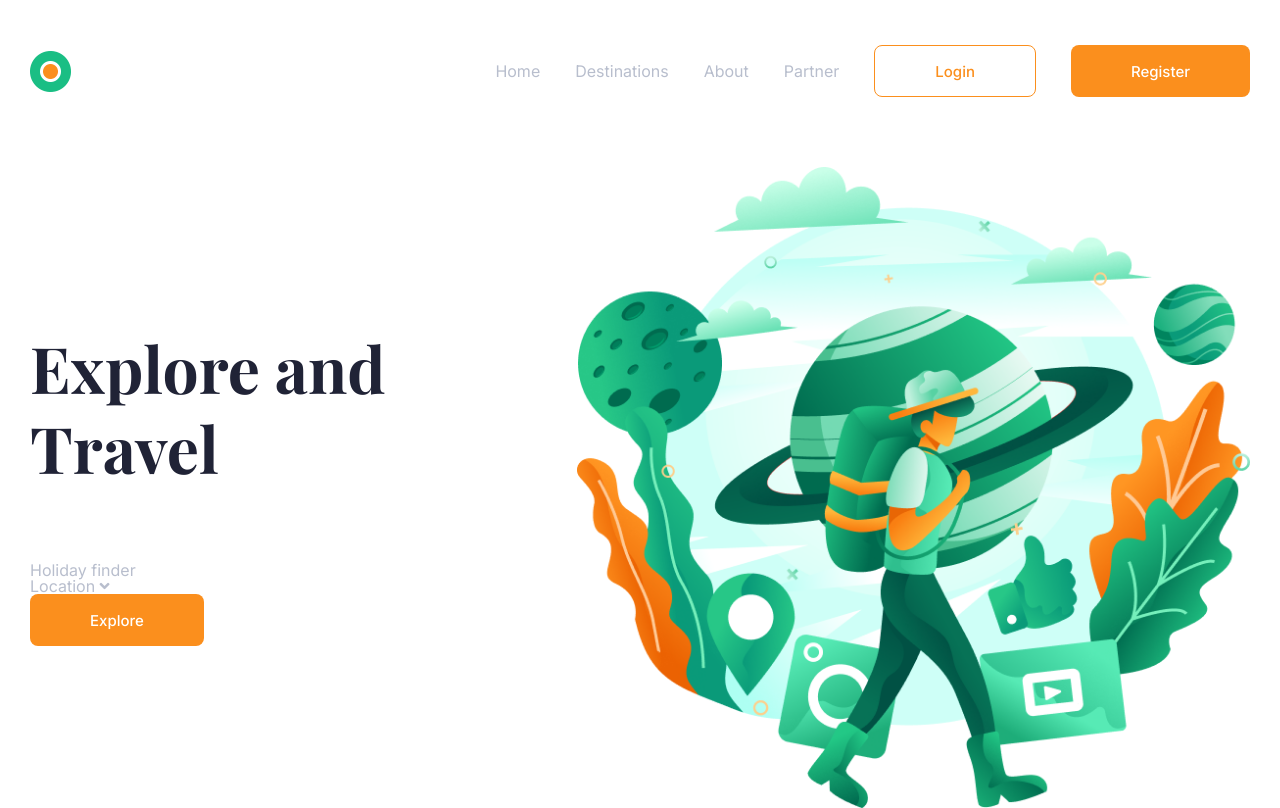
Repository: long5122000/sunny
Page: index.html
These files come from the project's save history. The page is drawn as it stood at one moment and after the next save; the edit follows.
The browser window is 1280 px wide. The pictures show the whole page.
The style sheet was rebuilt from its Sass, Less or Tailwind sources for each picture, by a compiler version that may differ from the author's.

Above is the page before, as saved 2021-11-24 20:16:38.

After the next save:
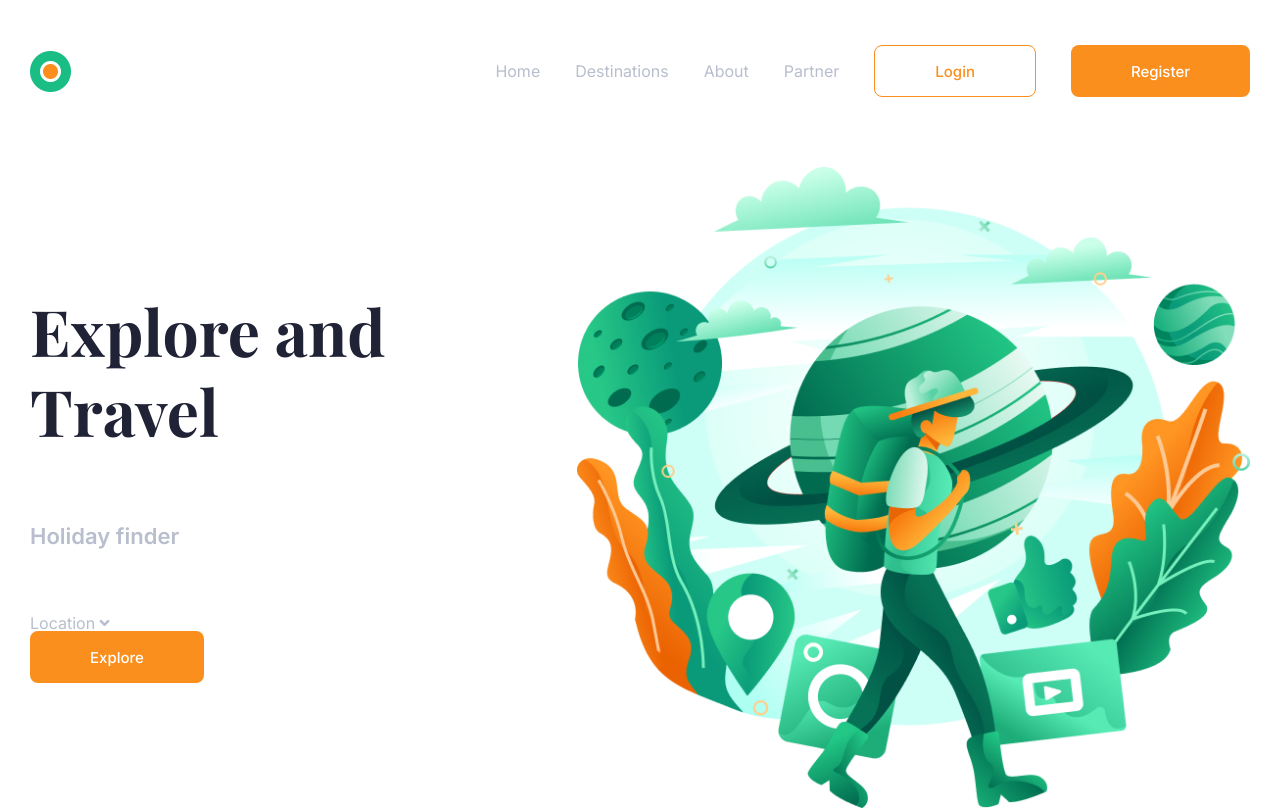
Saved 3 min 4 s later.
--- a/sass/_hero.scss
+++ b/sass/_hero.scss
@@ -9,4 +9,10 @@
     line-height: 125%;
     margin-bottom: 74px;
   }
+  &-caption {
+    font-size: 22px;
+    font-weight: 600;
+    margin-bottom: 48px;
+    padding-bottom: 20px;
+  }
 }
